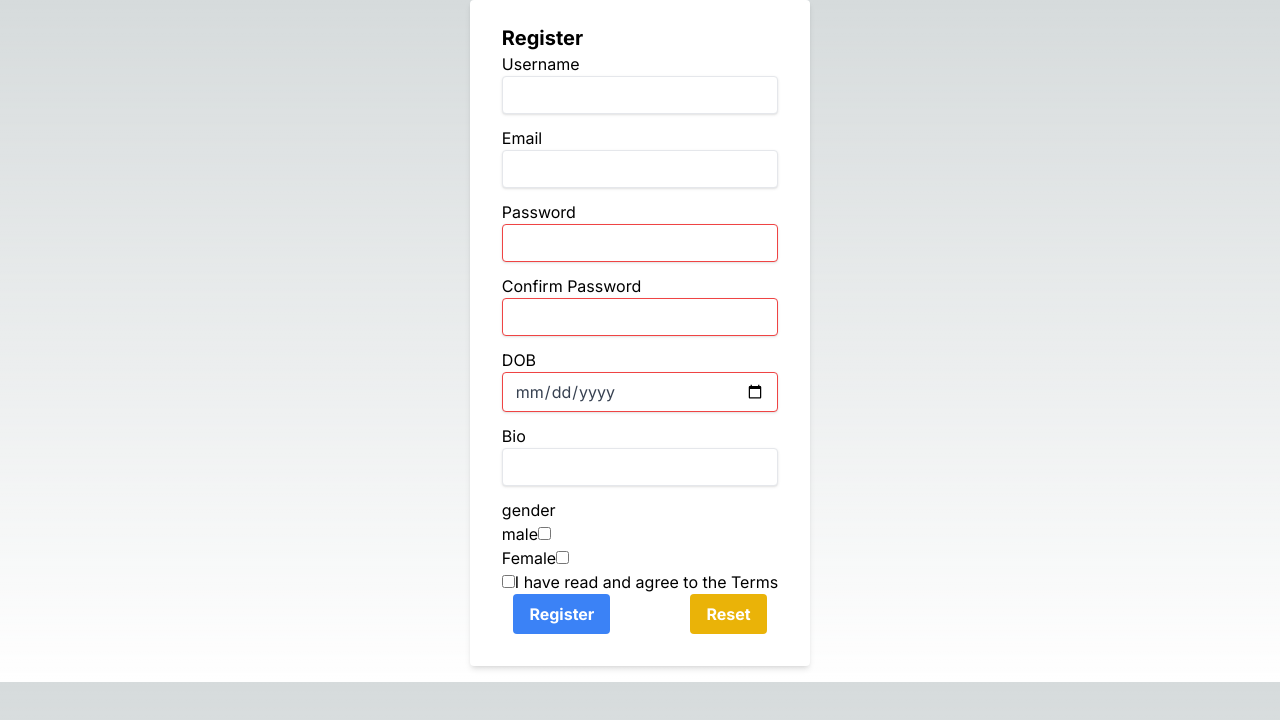
Repository: uh-sman/tiktok-card
Page: /
The author's editor kept a copy of each file at every save. The page is drawn from the files as they stood at one save, then again after the next save.
The browser window is 1280 px wide. The pictures show the whole page.
The project was rebuilt for these pictures with package versions that can differ from the ones it lists, and the page was loaded fresh each time. The framework's server and built-in components were replaced by stand-ins that run in the browser. Also part of the build but not shown: next.config.js.

Above is the page before, as saved 2023-12-19 14:24:50.

### app/page.tsx
'use client'
// import Input from "./components/Input";
import { FieldValues, SubmitHandler, useForm } from "react-hook-form";
import AuthForm from "./components/AuthForm";
type FormValues = {
  name: string,
      email: string,
      password: string,
      confirmPassword: string,
      DateOfBirth: string,
      Bio: string,
      gender: string,
      termsAndConditions: string
}

export default function Home() {
  return (
    <div>
      <AuthForm />
    </div>
  )
}



{/* <form class="max-w-sm mx-auto">
  <div class="mb-5">
    <label for="email" class="block mb-2 text-sm font-medium text-gray-900 dark:text-white">Your email</label>
    <input type="email" id="email" class="bg-gray-50 border border-gray-300 text-gray-900 text-sm rounded-lg focus:ring-blue-500 focus:border-blue-500 block w-full p-2.5 dark:bg-gray-700 dark:border-gray-600 dark:placeholder-gray-400 dark:text-white dark:focus:ring-blue-500 dark:focus:border-blue-500" placeholder="name@flowbite.com" required>
  </div>
  <div class="mb-5">
    <label for="password" class="block mb-2 text-sm font-medium text-gray-900 dark:text-white">Your password</label>
    <input type="password" id="password" class="bg-gray-50 border border-gray-300 text-gray-900 text-sm rounded-lg focus:ring-blue-500 focus:border-blue-500 block w-full p-2.5 dark:bg-gray-700 dark:border-gray-600 dark:placeholder-gray-400 dark:text-white dark:focus:ring-blue-500 dark:focus:border-blue-500" required>
  </div>
  <div class="flex items-start mb-5">
    <div class="flex items-center h-5">
      <input id="remember" type="checkbox" value="" class="w-4 h-4 border border-gray-300 rounded bg-gray-50 focus:ring-3 focus:ring-blue-300 dark:bg-gray-700 dark:border-gray-600 dark:focus:ring-blue-600 dark:ring-offset-gray-800 dark:focus:ring-offset-gray-800" required>
    </div>
    <label for="remember" class="ms-2 text-sm font-medium text-gray-900 dark:text-gray-300">Remember me</label>
  </div>
  <button type="submit" class="text-white bg-blue-700 hover:bg-blue-800 focus:ring-4 focus:outline-none focus:ring-blue-300 font-medium rounded-lg text-sm w-full sm:w-auto px-5 py-2.5 text-center dark:bg-blue-600 dark:hover:bg-blue-700 dark:focus:ring-blue-800">Submit</button>
</form> */}

### app/components/AuthForm.tsx
import React from "react";
import { useForm } from "react-hook-form";
// the type of data
type UserSubmitForm = {
    username: string;
    email: string;
    password: string;
    confirmPassword: string;
    acceptTerms: boolean;
    male:boolean;
    female:boolean;
    Bio:string;
    DateOfBirth: number
  };
const AuthForm: React.FC = () => {
    // using the useForm hook from the react-hook-form package
    const {register,handleSubmit, reset} = useForm<UserSubmitForm>()
    // the onSubmit handler
    const onSubmit = (data: UserSubmitForm) => {
        console.log(data)
    }
    return (
        <div className="flex justify-center">
            <div className="flex justify-center w-full max-w-xxl">
        <form className="bg-white shadow-md rounded px-8 pt-6 pb-8 mb-4" onSubmit={handleSubmit(onSubmit)}>
        <h2 className="font-bold text-xl">Register</h2>
          <div className="flex flex-col">
            <label>Username</label>
            <input
            className="shadow appearance-none border rounded w-full py-2 px-3 text-gray-700 mb-3 leading-tight focus:outline-none focus:shadow-outline"
              type="text"
            //   using the hook to handle form state
            {...register('username')}
            />
            <div className="invalid-feedback">
                </div>
          </div>

          <div className="flex flex-col">
            <label>Email</label>
            <input
            className="shadow appearance-none border rounded w-full py-2 px-3 text-gray-700 mb-3 leading-tight focus:outline-none focus:shadow-outline"
            type="text"
            {...register('email')}
            />
            <div className="invalid-feedback">
                </div>
          </div>

          <div className="flex flex-col">
            <label>Password</label>
            <input
            className="shadow appearance-none border border-red-500 rounded w-full py-2 px-3 text-gray-700 mb-3 leading-tight focus:outline-none focus:shadow-outline"
            type="password"
            {...register('password')}
            />
            <div className="invalid-feedback">
                </div>
          </div>
          <div className="flex flex-col">
            <label>Confirm Password</label>
            <input
            className="shadow appearance-none border border-red-500 rounded w-full py-2 px-3 text-gray-700 mb-3 leading-tight focus:outline-none focus:shadow-outline"
              type="password"
              {...register('confirmPassword')}
            />
            <div className="invalid-feedback">
            </div>
          </div>
          <div className="flex flex-col">
            <label>DOB</label>
            <input
            className="shadow appearance-none border border-red-500 rounded w-full py-2 px-3 text-gray-700 mb-3 leading-tight focus:outline-none focus:shadow-outline"
              type="date"
              {...register('DateOfBirth')}
            />
            <div className="invalid-feedback">
            </div>
          </div>
          <div className="flex flex-col">
            <label>Bio</label>
            <input
            className="shadow appearance-none border rounded w-full py-2 px-3 text-gray-700 mb-3 leading-tight focus:outline-none focus:shadow-outline"
            type="text"
            {...register('Bio')}
            />
            <div className="invalid-feedback">
            </div>
          </div>

          <div className="">
          <label htmlFor="gender" className="font-md">
              gender
            </label>
            <div className="">
                <label htmlFor="Male">male</label>
            <input
              type="checkbox"
              {...register('male')}
              />

            </div>
            <div className="">
                <label htmlFor="Female">Female</label>
            <input
              type="checkbox"
              {...register('female')}
              />
            </div>
            <div className="invalid-feedback">
                </div>
          </div>
          <div className="">
            <input
              type="checkbox"
              {...register('acceptTerms')}
              />
            <label htmlFor="acceptTerms" className="form-check-label">
              I have read and agree to the Terms
            </label>
            <div className="invalid-feedback">
                </div>
          </div>

          <div className="flex justify-center gap-20">
            <button type="submit" className="bg-blue-500 hover:bg-blue-700 text-white font-bold py-2 px-4 rounded focus:outline-none focus:shadow-outline">
              Register
            </button>
            <button
              type="button"
              onClick={() => reset()}
              className="bg-yellow-500 hover:bg-yellow-700 text-white font-bold py-2 px-4 rounded focus:outline-none focus:shadow-outline"
              >
              Reset
            </button>
          </div>
        </form>
        </div>
      </div>
    )
}

export default AuthForm;

Loaded but not shown: app/layout.tsx (common file); app/globals.css (common file); tailwind.config.ts (common file)

After the next save:
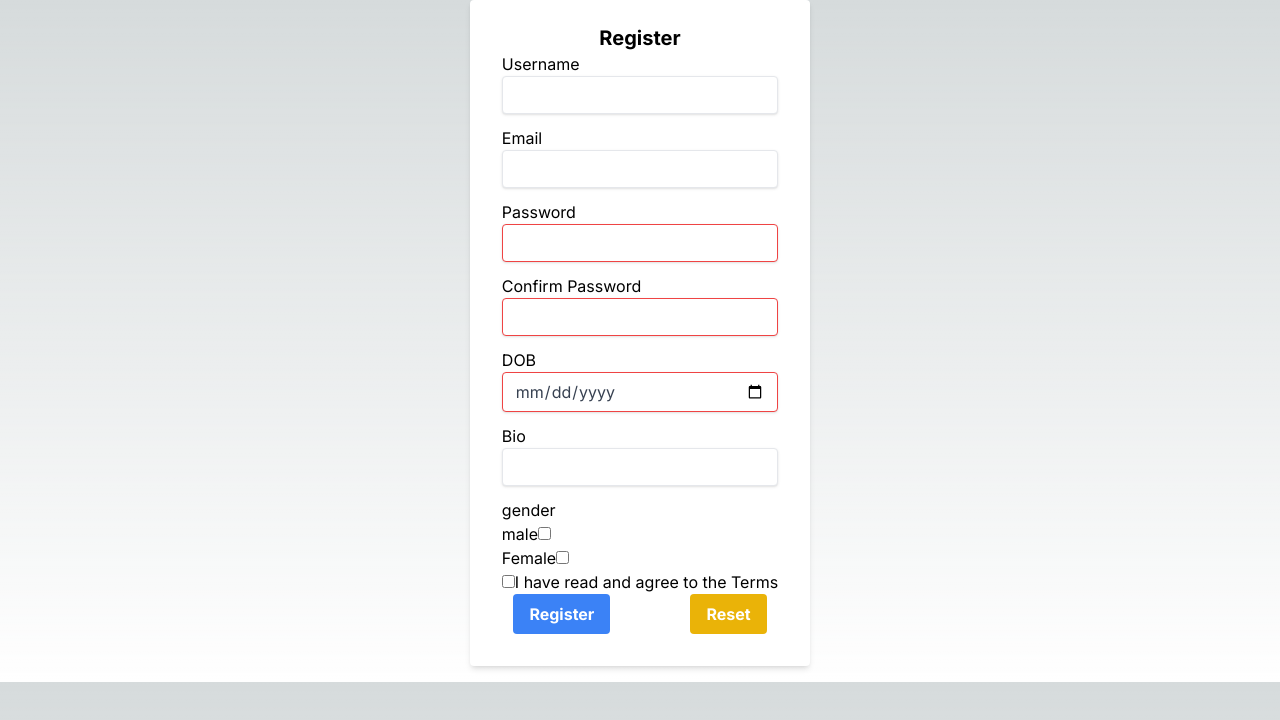
Saved 7 s later.
--- a/app/components/AuthForm.tsx
+++ b/app/components/AuthForm.tsx
@@ -23,7 +23,7 @@ const AuthForm: React.FC = () => {
         <div className="flex justify-center">
             <div className="flex justify-center w-full max-w-xxl">
         <form className="bg-white shadow-md rounded px-8 pt-6 pb-8 mb-4" onSubmit={handleSubmit(onSubmit)}>
-        <h2 className="font-bold text-xl">Register</h2>
+        <h2 className="font-bold text-xl text-center">Register</h2>
           <div className="flex flex-col">
             <label>Username</label>
             <input
